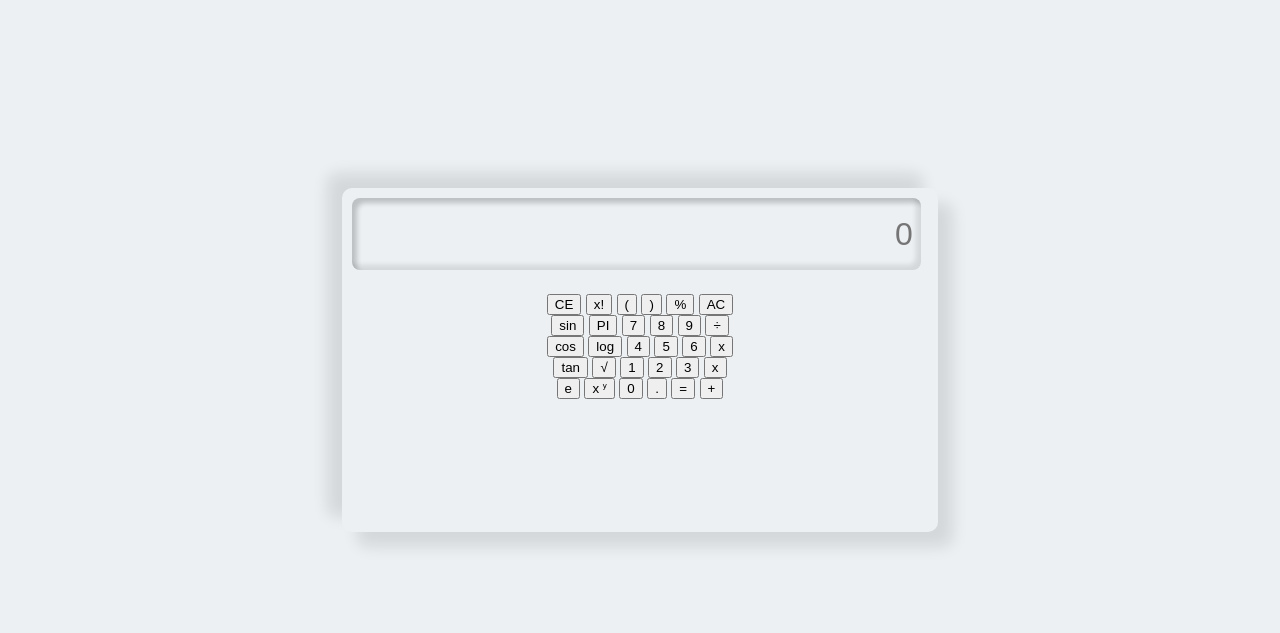
Repository: Haakim19/Scientific-Calculator
Page: intex.html
An editor plug-in stored every save of this project. The page is shown before and after the next save, followed by the edit.
The browser window is 1280 px wide. The pictures show the whole page.

Above is the page before, as saved 2024-10-27 12:07:36.

### intex.html
<!DOCTYPE html>
<html lang="en">
<head>
    <meta charset="UTF-8">
    <meta name="viewport" content="width=device-width, initial-scale=1.0">
    <title>Scientific Calculator</title>
    <link rel="stylesheet" href="Style.css">
</head>
<body>
    <div class="container">
        <div class="display">
            <input type="text" id="screen" placeholder="0">
        </div>
        <div class="btns">
            <div class="row">
                <button class="btn">CE</button>
                <button class="btn">x!</button>
                <button class="btn">(</button>
                <button class="btn">)</button>
                <button class="btn">%</button>
                <button class="btn">AC</button>
            </div>
            <div class="row">
                <button class="btn">sin</button>
                <button class="btn">PI</button>
                <button class="btn">7</button>
                <button class="btn">8</button>
                <button class="btn">9</button>
                <button class="btn">÷</button>
            </div>
            <div class="row">
                <button class="btn">cos</button>
                <button class="btn">log</button>
                <button class="btn">4</button>
                <button class="btn">5</button>
                <button class="btn">6</button>
                <button class="btn">x</button>
            </div>
            <div class="row">
                <button class="btn">tan</button>
                <button class="btn">√</button>
                <button class="btn">1</button>
                <button class="btn">2</button>
                <button class="btn">3</button>
                <button class="btn">x</button>
            </div>
            <div class="row">
                <button class="btn">e</button>
                <button class="btn">x <sup style="font-size: 0.5rem;">y</sup></button>
                <button class="btn">0</button>
                <button class="btn">.</button>
                <button class="btn">=</button>
                <button class="btn">+</button>
            </div>
        </div>
</body>

</html>

### Style.css
body{
    /* background-color: #f0f0f0; */
    font-family: Arial, sans-serif;
    margin: 0;
    padding: 0;
    justify-content: center;
    align-items: center;
    display: flex;
    min-height: 100vh;
    background: #ecf0f3;
}

.container{
    width: 45%;
    height: 45vh;
    padding: 10px;
    border-radius: 10px;
    box-shadow: 15px 15px 15px rgba(0, 0, 0, 0.1),
                -15px -15px 15px rgba(0, 0, 0, 0.1);
}
.display #screen{
    width: 97%;
    height: 70px;
    border: none;
    outline: none;
    text-align: right;
    padding-right: 0.5rem;
    font-size: 2em;
    border-radius: 8px;
    background:#ecf0f3;
    box-shadow: inset 5px 5px 5px rgba(0, 0, 0, 0.2),
                inset -5px -5px 5px rgba(0, 0, 0, 0.1);

}


.btns {
    width: 100%;
    cursor: pointer;
    display: flex;
    justify-content: center;
    align-items: center;
    border-radius: 5px;
    margin-top: 1.5rem;
    flex-direction: column;
}

After the next save:
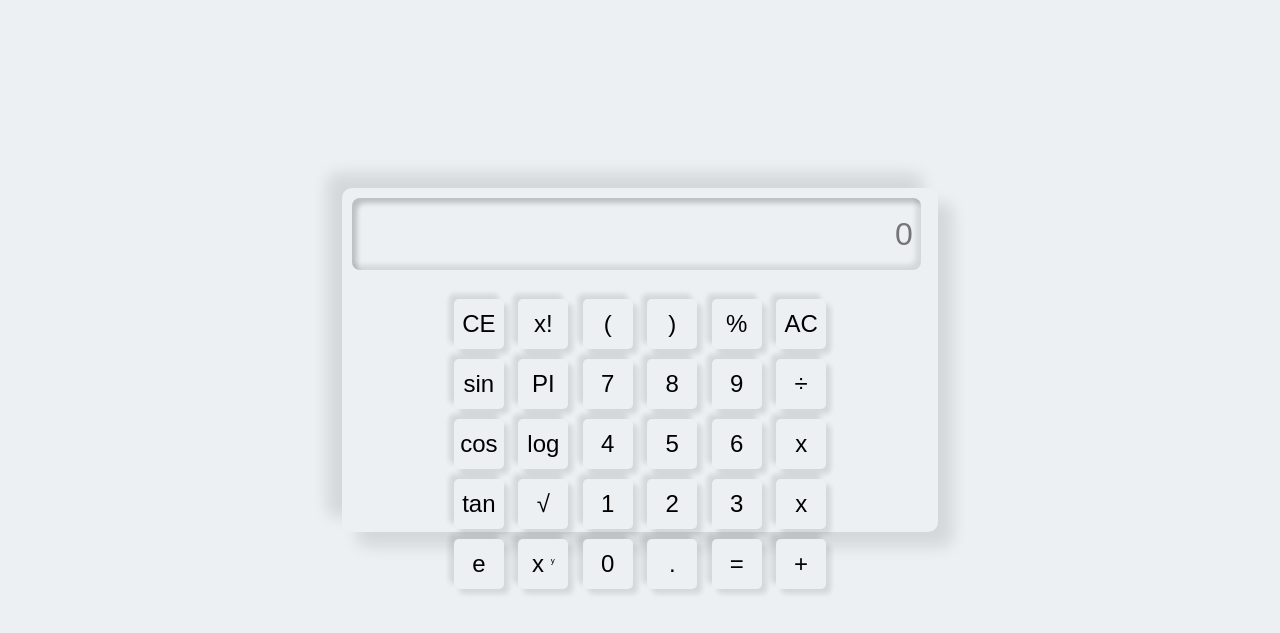
Saved 43 s later.
--- a/Style.css
+++ b/Style.css
@@ -44,3 +44,16 @@ body{
     margin-top: 1.5rem;
     flex-direction: column;
 }
+.btns .row button{
+    width: 50px;
+    height: 50px;
+    margin: 5px;
+    border: none;
+    outline: none;
+    font-size: 1.5em;
+    border-radius: 5px;
+    cursor: pointer;
+    background: #ecf0f3;
+    box-shadow: 5px 5px 5px rgba(0, 0, 0, 0.1),
+                -5px -5px 5px rgba(0, 0, 0, 0.1);
+}
